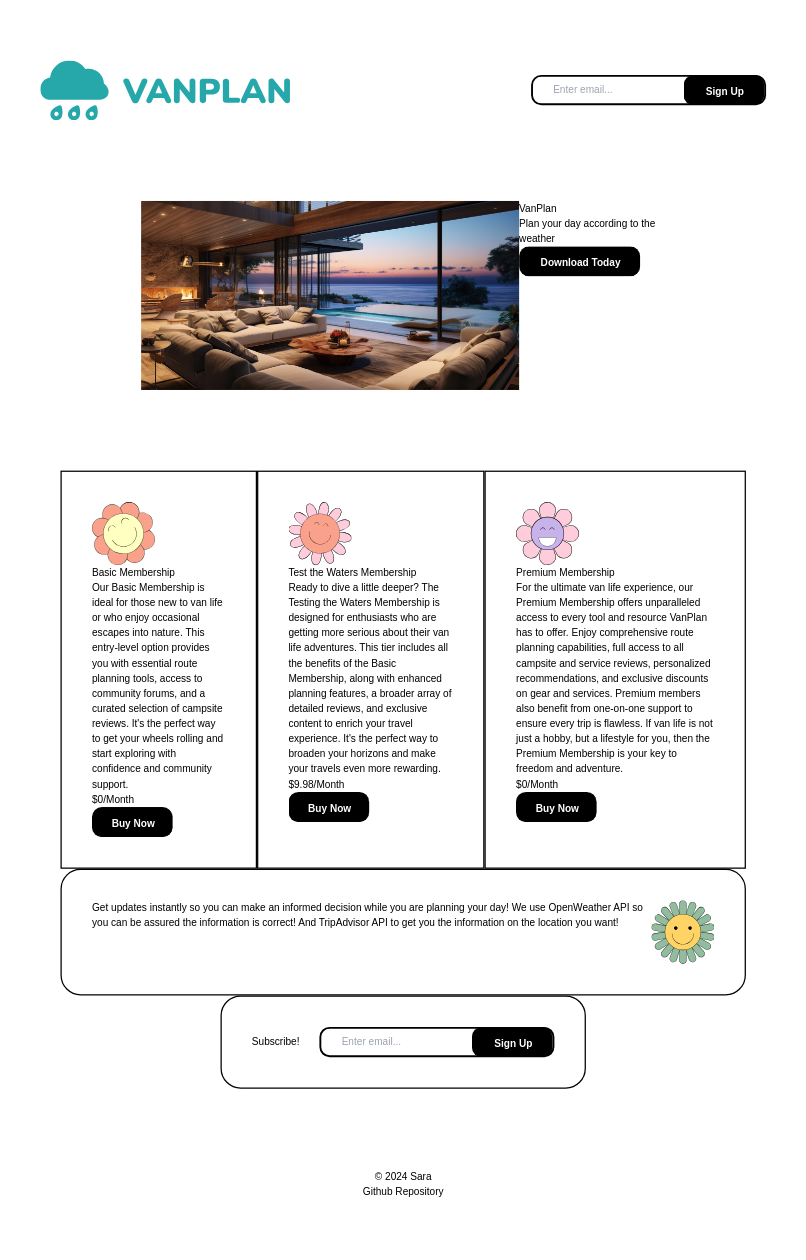
Repository: SaraShio/landing-page
Page: /
The author's editor kept a copy of each file at every save. The page is drawn from the files as they stood at one save, then again after a run of saves.
The browser window is 1280 px wide. The pictures show the whole page, at 63% of full size.
The project was rebuilt for these pictures with package versions that can differ from the ones it lists, and the page was loaded fresh each time. The framework's server and built-in components were replaced by stand-ins that run in the browser. Also part of the build but not shown: next.config.mjs.

Above is the page before, as saved 2024-03-06 00:09:31.

After the next 6 saves:
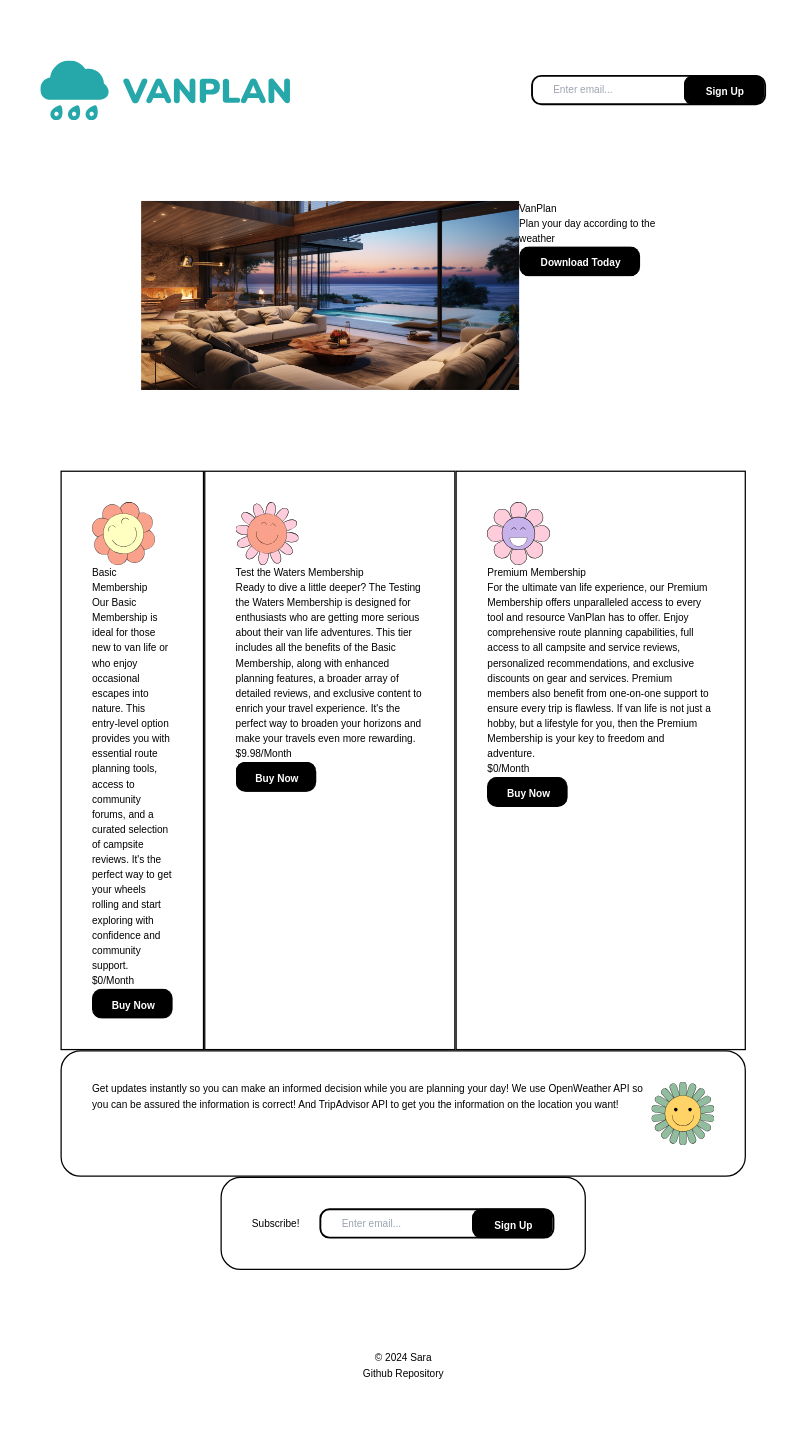
The 6 saves are shown as one change because they came seconds apart.
The last was saved 26 s later.
--- a/components/CardOne/CardOne.module.css
+++ b/components/CardOne/CardOne.module.css
@@ -1,6 +1,7 @@
 .card_one_container{
     border: 2px solid var(--black);
     padding: var(--card-padding);
+    width: 30rem;
 }
 
 .buy_button{
